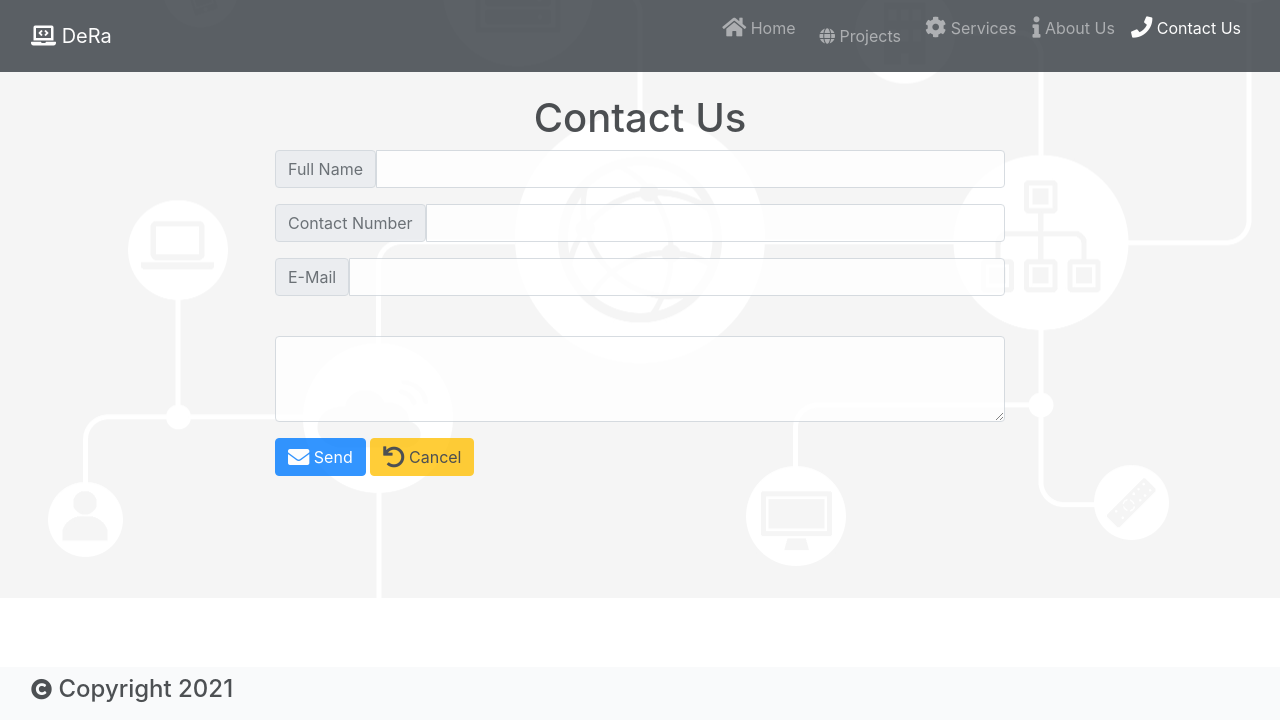
Repository: deividwsantoss/web6201-Lab1
Page: contact.html
An editor plug-in stored every save of this project. The page is shown before and after the next save, followed by the edit.
The browser window is 1280 px wide. The pictures show the whole page.

Above is the page before, as saved 2021-02-04 13:04:38.
Console error: TypeError: Cannot set properties of null (setting 'innerHTML')

### contact.html
<!DOCTYPE html>
<html lang="en">
<head>
    <meta charset="UTF-8">
    <meta name="viewport" content="width=device-width, initial-scale=1.0">
    <title>Contact</title>
</head>
<!-- CSS SECTION-->
<link rel="stylesheet" href="./node_modules/bootstrap/dist/css/bootstrap.min.css">
<link rel="stylesheet" href="./node_modules/@fortawesome/fontawesome-free/css/all.min.css">
<link rel="stylesheet" href="./Content/app.css">

<body class="contactimage">
    <!-- Main Header-->
    <header>
        <nav class="navbar navbar-expand-lg navbar-dark bg-dark">
            <div class="container-fluid">
              <a class="navbar-brand" href="Index.html"><i class="fas fa-laptop-code"></i> DeRa</a>
              <button class="navbar-toggler" type="button" data-bs-toggle="collapse" data-bs-target="#navbarSupportedContent" aria-controls="navbarSupportedContent" aria-expanded="false" aria-label="Toggle navigation">
                <span class="navbar-toggler-icon"></span>
              </button>
              <div class="collapse navbar-collapse" id="navbarSupportedContent">
                <ul class="navbar-nav ml-auto mb-2 mb-lg-0">
                  <li class="nav-item">
                    <a class="nav-link " aria-current="page" href="Index.html"><i class="fas fa-home fa-lg"></i> Home</a>
                  </li>
                  <li class="nav-item">
                    <a id="prod" class="nav-link" aria-current="page" href="products.html"><i class="fas fa-globe fa-lg"></i> Products</a>
                  </li>
                  <li class="nav-item">
                    <a class="nav-link" aria-current="page" href="services.html"><i class="fas fa-cog fa-lg"></i> Services</a>
                  </li>
                  <li class="nav-item">
                    <a class="nav-link" aria-current="page" href="about.html"><i class="fas fa-info fa-lg"></i> About Us</a>
                  </li>
                  <li class="nav-item">
                    <a class="nav-link active" aria-current="page" href="contact.html"><i class="fas fa-phone fa-lg"></i> Contact Us</a>
                  </li>

                </ul>

              </div>
            </div>
          </nav>

    </header>


    <!-- Main Content-->
    <main class="container">
      <h1 class="text-center"> Contact Us</h1>
      <div id="messageArea" class="alert alert-danger text-center" role="alert"></div>

      </div>


        <div class="row justify-content-lg-center g-3" >
        <form id="formId" class="col-lg-8 col-md-8 col-sm-10">


          <div class="input-group mb-3">
            <span class="input-group-text" id="inputGroup-sizing-default">Full Name</span>
            <input id="fullName" type="text" class="form-control" aria-label="Full Name" aria-describedby="Full Name Input" name="fullName" required>
          </div>

          <div class="input-group mb-3">
            <span class="input-group-text" id="inputGroup-sizing-default">Contact Number</span>
            <input id="contactNumber" type="tel" class="form-control" aria-label="Full Name" aria-describedby="Full Name Input" name="contactNumber" required>
          </div>

          <div class="input-group mb-3">
            <span class="input-group-text" id="inputGroup-sizing-default">E-Mail</span>
            <input id="emailAddress" type="email" class="form-control" aria-label="E-mail Address" aria-describedby="Email Address Input" name="emailAddress" required>
          </div>
          <div class="mb-3">
            <label for="exampleFormControlTextarea1" class="form-label"></label>
            <textarea id="shortMessage" class="form-control" id="exampleFormControlTextarea1" rows="3" id="shortMessage" name="shortMessage"></textarea>
          </div>

          <button id="sendButton" type="submit" class="btn btn-primary"><i class="fas fa-envelope fa-lg" action=""></i>  Send</button>
          <button id="resetButton" type="reset" class="btn btn-warning"><i class="fas fa-undo fa-lg"></i>  Cancel</button>
        </form>
      </div>
    </main>
<!-- Main Footer-->


    <!--- Script Section-->
    <script src="./node_modules/jquery/dist/jquery.min.js"></script>
    <script src="./node_modules/bootstrap/dist/js/bootstrap.bundle.min.js"></script>
    <script src="./Scripts/app.js"></script>
</body>

</html>

### Content/app.css
/* Custom CSS goes here */

html{
    height: auto;
}
body{
    height: auto;


}
.bg{
    background-image: url("Background-White.jpg");
    background-repeat: no-repeat;
    background-size: cover;
    background-position: center;
    opacity: 0.8;
    height: 100%;
}

.contactimage{
    background-image:url("contactimg.jpg");
    background-repeat: no-repeat;
    background-size: cover;
    background-position: center;
    opacity: 0.8;
}
.productsbg {
    background-image:url("productsbg.jpg");
    background-repeat: no-repeat;
    background-size: cover;
    background-position: center;
    opacity: 0.8;
}

.servicesbackgroud{
    height: 1200px;
    background-image:url("services.jpg");
    background-repeat: repeat;
    background-size: cover;
    background-position: center;
    opacity: 0.8;


}
.aboutus{
    background-image:url("bgimage.jpg");
    background-repeat: no-repeat;
    background-size: cover;
    background-position: center;
    opacity: 0.8;
}

#paragraphOne {
    color: black;
    font-size: 220%;
    margin-top: 25%;
    text-shadow: 2px 2px 4px #000;
    font-family: cursive;
    font-weight: bold;

}
h1{
    margin-top: 2%;
}

#custompg{
    width: 400px;

}

#projectsImg{
    width: 150px;
    margin-top: 10%;
}

#pic{
    width:310px; /* you can use % */
    height: auto;
}

#aboutmain{
    margin-top: 100px;
}
#dlParagraph{
    margin-top: 10%;
    margin-top: 10%;
    font-size: large;
    font-weight: bold;
}
#scotiaParagraph{
    margin-top: 10%;
    font-size: large;
    font-weight: bold;
}

#mainInformation{
    margin-top: 5%;
    margin-right: 0%;
    margin-left: 0%;
}
#mobileInfo{
    margin-top: 10%;
}

### Scripts/app.js
/* Custom JavaScript goes here */


"use strict";

(function(){

    function addHr(){

      //  let navIn = document.getElementById("mainUl").getElementsByTagName("ul");

        let liCreate = document.createElement('li');

        liCreate.innerHTML = `<a id="prod" class="nav-link" aria-current="page" href="products.html"><i class="fas fa-globe" name="prod"></i> Human Resources</a>`;

        navIn.insertBefore(liCreate, navIn.getElementsByTagName("li")[1]);

    }

    function addFooter(){


        const body = document.body;
        let footerNav = document.createElement('footer');

        footerNav.innerHTML = `<nav class="navbar fixed-bottom navbar-light bg-light">
        <div class="container-fluid">
          <h4 ><i class="fas fa-copyright fa-sm"></i> Copyright 2021 </h4>
      </div>
        </nav>`

        body.appendChild(footerNav);

    }

    function Projects(){
        let productsElement = document.getElementById("prod");
        let prod = `<a id="prod" class="nav-link" aria-current="page" href="products.html"><i class="fas fa-globe" name="prod"></i> Projects</a>`;


        productsElement.innerHTML = prod;

        let prodNameElement = document.getElementById("prodName");
        let projectName = `<h1 id="prodName" class="text-center">Our Projects</h1>`

        prodNameElement.innerHTML = projectName;
    }
    function displayHome(){
        let paragraphOneText = "Welcome to DeRa Development Website for WebD6201";
        let paragraphOneElement = document.getElementById("paragraphOne");

        paragraphOneElement.textContent = paragraphOneText;
        paragraphOneElement.className = "fs-6 ";
    }
    function displayAbout(){

    }
    function displayProducts(){

        //deloitte
        let dlText = "DeRa is proud for leading the main developing project for DL."
        let dlElement = document.getElementById("dlParagraph");

        dlElement.textContent = dlText;

        let scotiaText = "Another Big company we are proud to have worked with"
        let scotiaElement = document.getElementById("scotiaParagraph");

        scotiaElement.textContent = scotiaText;

    }
    function displayServices(){

        //intro text
        let servicesIntroText = "DeRa Development can provide you the best customized solution for you";
        let servicesIntroElement = document.getElementById("serviceIntro");
        servicesIntroElement.textContent = servicesIntroText;

        // custom dev text
        let customParagraphText = "DeRa Development have been delivering successful custom programs to our clients since the date we were born. \nSince DeRa was born we have seen a rapid change in website technology which we were always able to adapt";
        let customParagraphElement = document.getElementById("customParagraph");

        customParagraphElement.innerText = customParagraphText;

        //mobile text

        let mobileParagraphText = "We have the knowledge and skills to provide you the best quality solution for any kind of device. \nMobile development is one of our strengths.";
        let mobileParagraphElement = document.getElementById("mobileInfo");

        mobileParagraphElement.innerText = mobileParagraphText;

        //design paragraph
        let webDesignParagraphText = "Our Web Design high quality design makes the user interaction a whole new journey";
        let webDesignParagraphElement = document.getElementById("DesParagraph");

        webDesignParagraphElement.innerText = webDesignParagraphText;
    }
    function displayContact(){

        let messageArea = document.getElementById("messageArea");
        messageArea.hidden = true;

        //Form Validation...

        let fullName = document.getElementById("fullName");
        fullName.addEventListener("blur", function(){
            if(fullName.value.length < 2){
                fullName.focus;
                fullName.select();
                messageArea.hidden = false;
                messageArea.className = "alert alert-danger";
                messageArea.textContent = "Please, Enter an appropriate name."
            }
            else{
                messageArea.removeAttribute("Class");
                messageArea.hidden = true;
            }
        });

        //validating number
        let contactNumber = document.getElementById("contactNumber");
        contactNumber.addEventListener("blur", function(){

            if(contactNumber.value.length < 10 || contactNumber.value.length > 10 )
            {
                contactNumber.focus;
                contactNumber.select();
                messageArea.hidden = false;
                messageArea.className = "alert alert-danger";
                messageArea.textContent = "Please, Insert a valid Number";
            }
            else {
                messageArea.removeAttribute("Class");
                messageArea.hidden = true;
            }

        });

        // Validating short text
        let shortMessage = document.getElementById("shortMessage");
        shortMessage.addEventListener("blur", function(){

            if(shortMessage.value.length > 50){
                shortMessage.focus;
                shortMessage.select();
                messageArea.hidden = false;
                messageArea.className = "alert alert-danger";
                messageArea.textContent = "Maximum characters allowed (50)";
            }
            else{
                messageArea.removeAttribute("Class");
                messageArea.hidden = true;
            }
        });

        let sendButton = document.getElementById("sendButton");
        sendButton.addEventListener("click", function(event){
            event.preventDefault();
        });
        document.getElementById("sendButton").onclick = function (){
            location.href = "index.html"
        };

    }


    function Start(){
        console.log("App Start...");

        switch (document.title) {

            case 'Home':
                displayHome();
                break;
            case 'About':
                displayAbout();
                break;
            case 'Products':
                displayProducts();
                break;
            case 'Services':
                displayServices();
                break;
            case 'Contact':
                displayContact();
                break;

        }


    }

    window.addEventListener("load",addFooter);
    window.addEventListener("load",Projects);
    window.addEventListener("load",Start);
    window.addEventListener("load",addHr);

})();

Loaded but not shown: node_modules/bootstrap/dist/css/bootstrap.min.css (library); node_modules/@fortawesome/fontawesome-free/css/all.min.css (library); node_modules/jquery/dist/jquery.min.js (library); node_modules/bootstrap/dist/js/bootstrap.bundle.min.js (library)

After the next save:
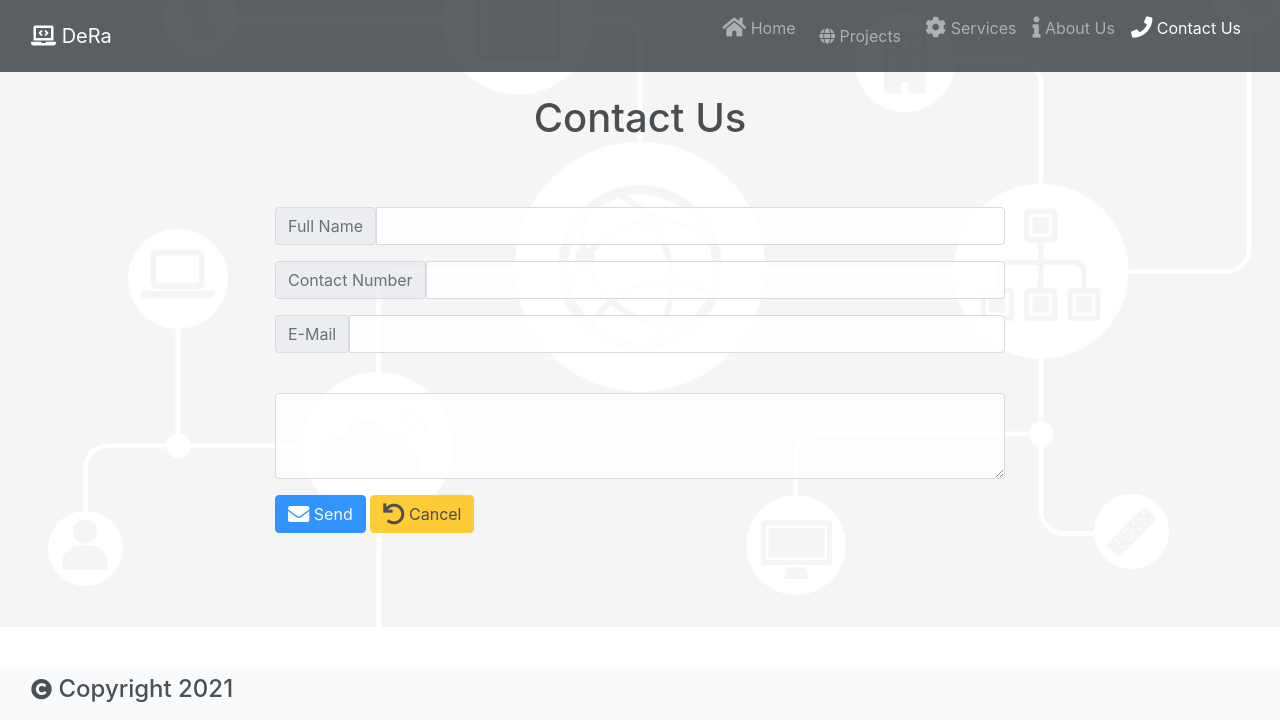
Saved 22 s later.
--- a/Content/app.css
+++ b/Content/app.css
@@ -77,6 +77,9 @@ h1{
     width:310px; /* you can use % */
     height: auto;
 }
+#formId {
+    margin-top: 5%;
+}
 
 #aboutmain{
     margin-top: 100px;
